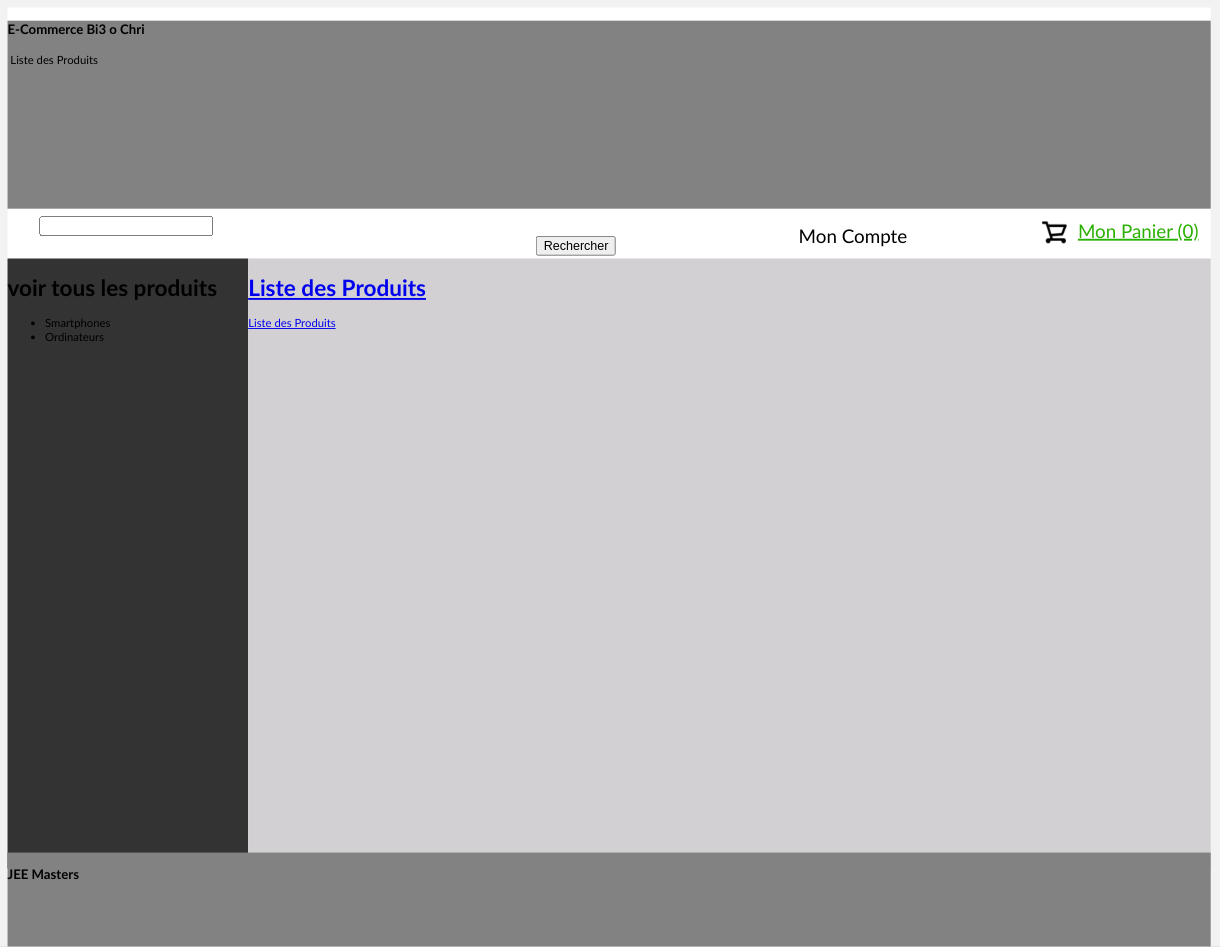
Repository: EBusinesss/Ebusiness
Page: http://localhost/EcomWEB/
An editor plug-in stored every save of this project. The page is shown before and after the next save, followed by the edit.
The browser window is 1280 px wide. The page is 1298 px wide, so the pictures cover 1298 px, including what lies to the right of the window. The pictures show the whole page, at 94% of full size.
The page is served by Tomcat 9. Nobody is signed in. The application's start-up code is not run. Other server files are loaded and not shown.

Above is the page before, as saved 2014-12-25 15:18:41.

### Workspace/EcomWEB/WebContent/index.jsp
<%@ page language="java" contentType="text/html; charset=ISO-8859-1"
	pageEncoding="ISO-8859-1"%>


<!DOCTYPE html PUBLIC "-//W3C//DTD HTML 4.01 Transitional//EN" "http://www.w3.org/TR/html4/loose.dtd">
<html>
<head>
<script Src="./functions/functions.js" Language="javascript"
	type="text/javascript"></script>
<link rel="stylesheet" type="text/css" href="./style/style.css" />
<meta http-equiv="Content-Type" content="text/html; charset=ISO-8859-1">
<title>Insert title here</title>
</head>
<body>


	<div id="wrapper">

		<div id="header">
			<h3>E-Commerce Bi3 o Chri</h3>

			<table>
				<tr>
					<td><a onclick="listOfProducts()"> Liste des Produits </a></td>
				</tr>
			</table>

		</div>

		<div id="navigation">

			<table class="tableNavig">
				<tr>
					<td width="50%"><input type="text" id="nomProduitRecherche"
						height="10" width="25" align="right"
						onkeydown="if (event.keyCode==13) document.getElementById('btnSearch').click()">
						<div align="right">
							<button onclick="Rechercher()" type="button" id="btnSearch">Rechercher</button>
						</div></td>

					<td width="25%" align="right"><a>Mon Compte</a></td>

					<td width="25%" align="right">
						<div class="Basket">
							<div class="icn-Basket"></div>
							<a href="" class="HeaderLink"> <span
								class="bigger">Mon Panier (0)</span>
							</a>
						</div>
					</td>

				</tr>
			</table>


		</div>

		<div id="menuLateral">
			<h1>
				<a> voir tous les produits </a>
			</h1>

			<ul>
				<li>Smartphones</li>
				<li>Ordinateurs</li>
			</ul>
		</div>

		<div id="content">
			<h1>
				<a href="http://localhost:8080/EcomWEB/ListProductServlet">Liste
					des Produits </a><br>
			</h1>

			<a href="http://localhost:8080/EcomWEB/ListProductServlet">Liste
				des Produits </a>
		</div>

		<div id="footer">
			<h3>JEE Masters</h3>
		</div>

	</div>
</body>
</html>

### Workspace/EcomWEB/WebContent/functions/functions.js
function listOfProducts()
{
var xmlhttp;
if (window.XMLHttpRequest)
  {// code for IE7+, Firefox, Chrome, Opera, Safari
  xmlhttp=new XMLHttpRequest();
  }
else
  {// code for IE6, IE5
  xmlhttp=new ActiveXObject("Microsoft.XMLHTTP");
  }
xmlhttp.onreadystatechange=function()
  {
  if (xmlhttp.readyState==4 && xmlhttp.status==200)
    {
    document.getElementById("content").innerHTML = xmlhttp.responseText;
    }
  };
xmlhttp.open("GET","ProductServlet",true);
xmlhttp.send();
}


function Rechercher()
{
var xmlhttp;
var val = document.getElementById('nomProduitRecherche').value;

if (window.XMLHttpRequest)
  {// code for IE7+, Firefox, Chrome, Opera, Safari
  xmlhttp=new XMLHttpRequest();
  }
else
  {// code for IE6, IE5
  xmlhttp=new ActiveXObject("Microsoft.XMLHTTP");
  }
xmlhttp.onreadystatechange=function()
  {
  if (xmlhttp.readyState==4 && xmlhttp.status==200)
    {
    document.getElementById("content").innerHTML = xmlhttp.responseText;
    }
  };
xmlhttp.open("GET","RechercherProductServlet?val="+val,true);
xmlhttp.send();
}

### Workspace/EcomWEB/WebContent/style/style.css
@CHARSET "ISO-8859-1";

body{
	background: #f3f2f3;
	color: #000000;
	font-family: Trebuchet MS, Arial, Times New Roman;
	font-size: 12px;
}


#wrapper {
	background: #FFFFFF;
	width: 100%;
	height: 999px;
	position: absolute;
}

#header{
	background: #838283;
	width: 100%;
	height: 20%;
}

#navigation{
	padding: 5px;
	width: 100%;
	height: 3%;
}

.tableNavig{
	width: 98%;
	font-size: 20px;
	padding-right: 15px;
	float: right;
}

.Basket {
	float: right;
}

.Basket>div {
	width:40px;
	height:36px;
	background: url(../images/basket.png);
    background-size: 30px 30px;
    background-repeat: no-repeat;
    float: left;
}

.Basket>a {
	color: #29b001;
}

#menuLateral{
	background: #333333;
	float: left;
	width: 20%;
	height: 65%;
}


#content {
	background: #d2d0d2;
	float: right;
	width: 80%;
	height: 65%;
}

#footer {
	background: #838283;
	width: 100%;
	height: 10%;
	position: absolute;
	bottom: 0px;
}

a{
	cursor: pointer;
}

After the next save:
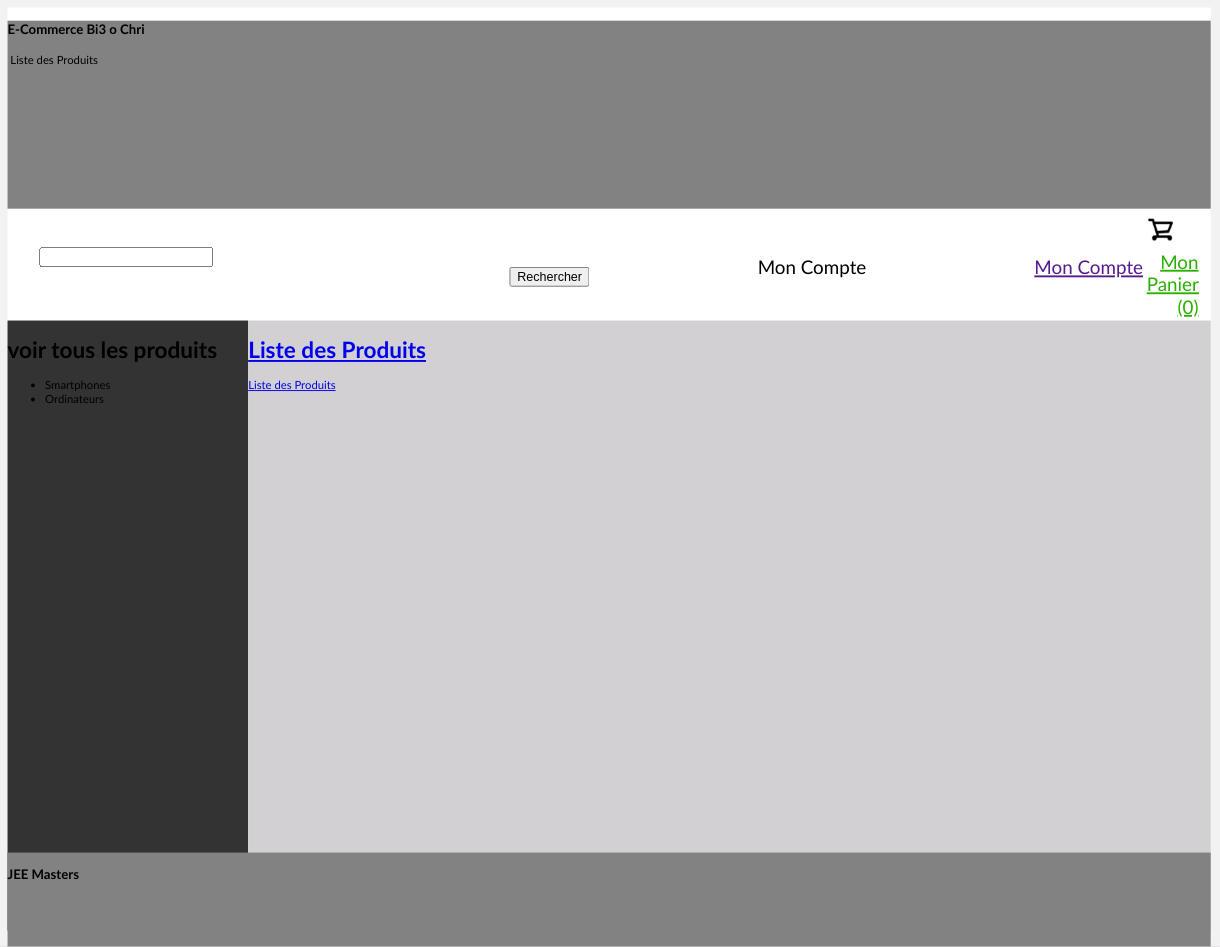
Saved 48 min 47 s later.
--- a/Workspace/EcomWEB/WebContent/index.jsp
+++ b/Workspace/EcomWEB/WebContent/index.jsp
@@ -39,6 +39,16 @@
 						</div></td>
 
 					<td width="25%" align="right"><a>Mon Compte</a></td>
+
+					<td width="25%" align="right">
+						<div class="Account">
+							<div class="icn-Account"></div>
+							<a href="" class="AccountLink">
+								<span>Mon Compte</span>
+							</a>
+						</div>
+					</td>
+
 
 					<td width="25%" align="right">
 						<div class="Basket">

After the save that followed:
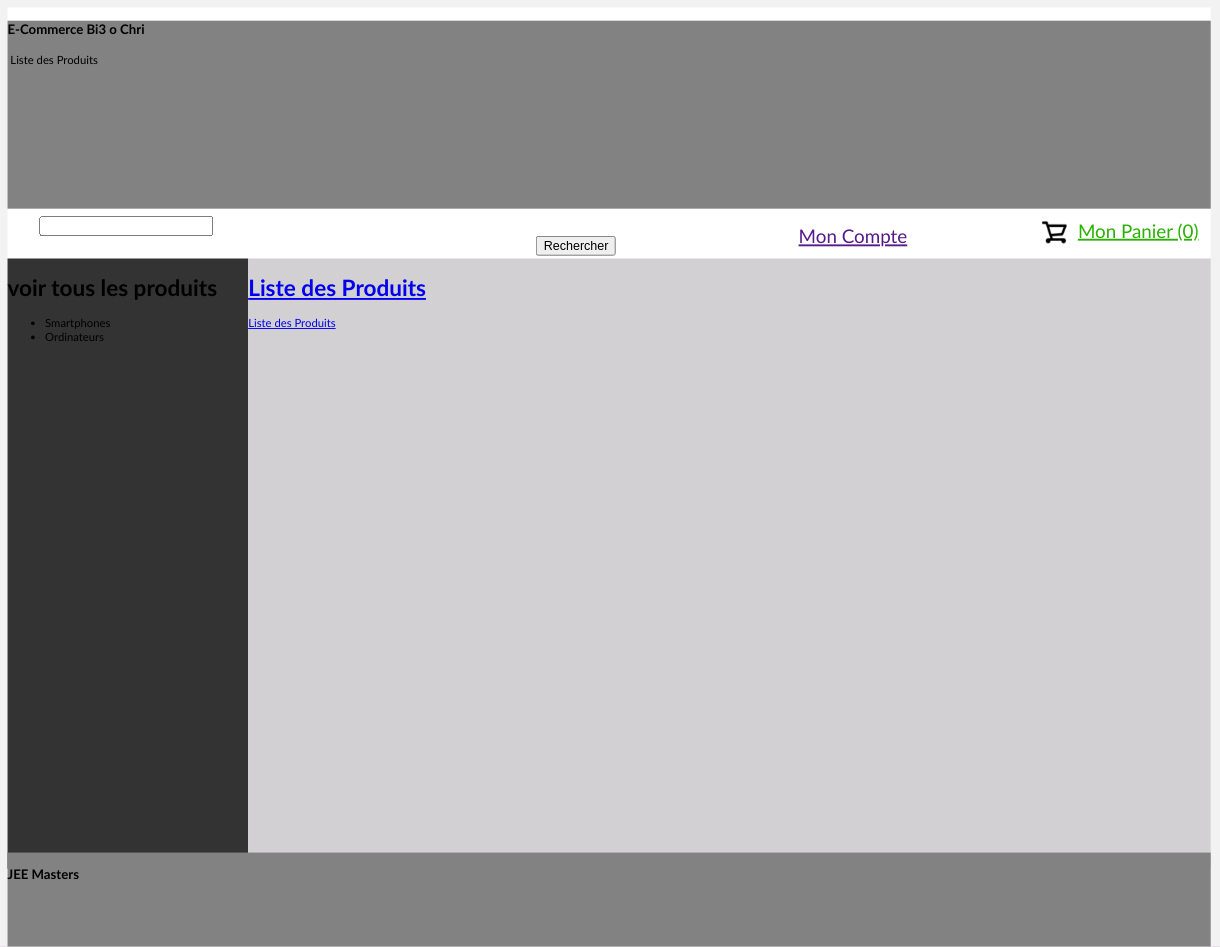
Saved 38 s later.
--- a/Workspace/EcomWEB/WebContent/index.jsp
+++ b/Workspace/EcomWEB/WebContent/index.jsp
@@ -37,8 +37,6 @@
 						<div align="right">
 							<button onclick="Rechercher()" type="button" id="btnSearch">Rechercher</button>
 						</div></td>
-
-					<td width="25%" align="right"><a>Mon Compte</a></td>
 
 					<td width="25%" align="right">
 						<div class="Account">
